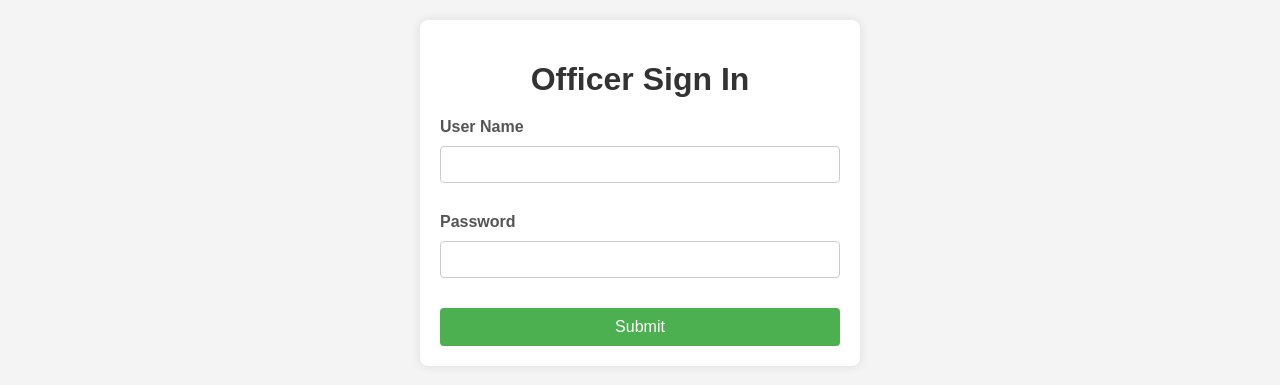
Repository: OmarAl-Saleh/Hospital-Emergency-System
Page: http://localhost/EmergencySystem/department_nurse/sign-in.jsp
An editor plug-in stored every save of this project. The page is shown before and after the next save, followed by the edit.
The browser window is 1280 px wide. The pictures show the whole page.
The page is served by Tomcat 9.

Above is the page before, as saved 2024-05-22 13:08:44.

After the next save:
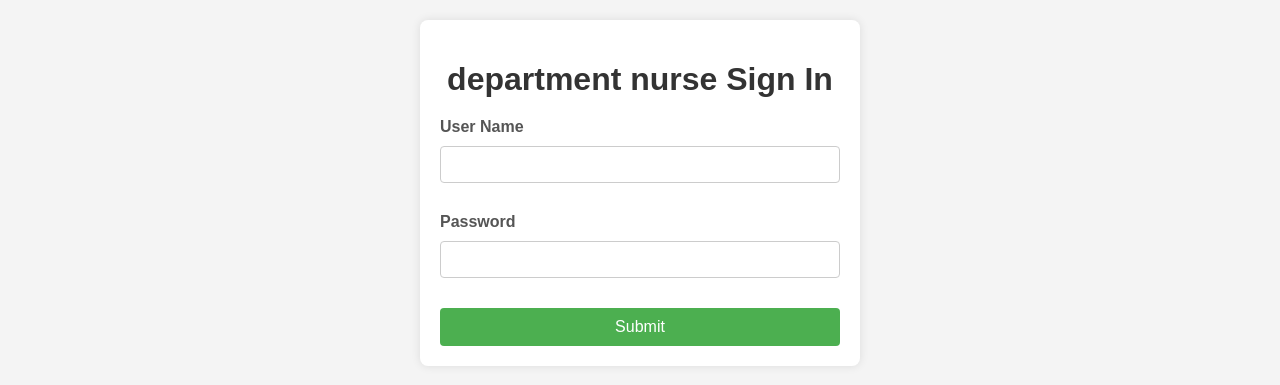
Saved 24 s later.
--- a/EmergencySystem/EmergencySystem/src/main/webapp/department_nurse/sign-in.jsp
+++ b/EmergencySystem/EmergencySystem/src/main/webapp/department_nurse/sign-in.jsp
@@ -65,7 +65,7 @@
 </head>
 <body>
 <form action="department_nurse" method="get">
-    <h1>Officer Sign In</h1>
+    <h1>department nurse Sign In</h1>
     <input type="hidden" name="source" value="sign-in"/>
     <div class="form-group">
         <label for="name">User Name</label>
